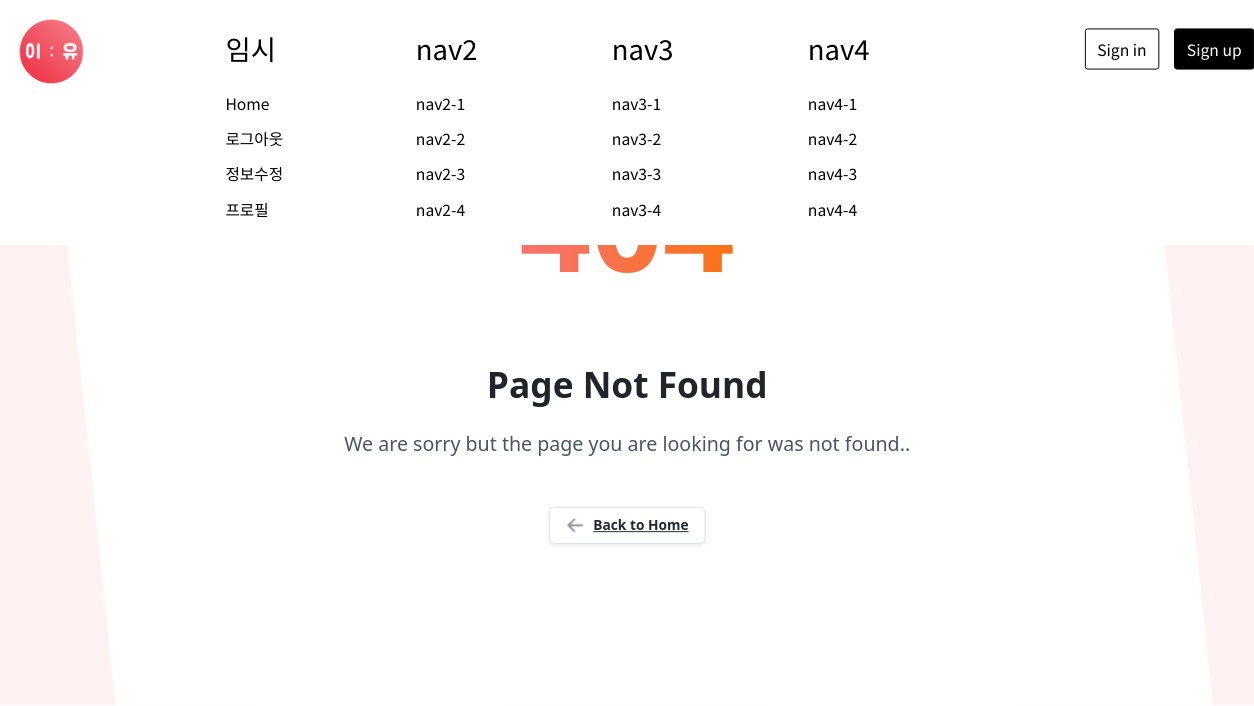
Repository: ryuwc/E_U
Page: /feeling (app in final-pjt-front/)
The author's editor kept a copy of each file at every save. The page is drawn from the files as they stood at one save, then again after the next save.
The browser window is 1280 px wide. The pictures show the whole page, at 98% of full size.
The page's requests for data from a server got no answer. Some web libraries are served in a nearby version. The project was rebuilt for these pictures with package versions that can differ from the ones it lists, and the page was loaded fresh each time. No one was signed in, and anything a server would have sent is missing. Also part of the build but not shown: final-pjt-front/vue.config.js.

Above is the page before, as saved 2022-11-23 10:17:34.

### final-pjt-front/public/index.html
<!DOCTYPE html>
<html lang="">
  <head>
    <meta charset="utf-8">
    <meta http-equiv="X-UA-Compatible" content="IE=edge">
    <meta name="viewport" content="width=device-width,initial-scale=1.0">
    <link rel="icon" href="<%= BASE_URL %>favicon.ico">
    <title>이:유</title>
    <link href="https://cdn.jsdelivr.net/npm/bootstrap@5.2.0/dist/css/bootstrap.min.css" rel="stylesheet" integrity="sha384-gH2yIJqKdNHPEq0n4Mqa/HGKIhSkIHeL5AyhkYV8i59U5AR6csBvApHHNl/vI1Bx" crossorigin="anonymous">
    <link rel="preconnect" href="https://fonts.googleapis.com">
    <link rel="preconnect" href="https://fonts.gstatic.com" crossorigin>
    <link href="https://fonts.googleapis.com/css2?family=Pacifico&display=swap" rel="stylesheet">

    <!-- 온보딩 -->
    <link rel="preconnect" href="https://fonts.googleapis.com" />
    <link rel="preconnect" href="https://fonts.gstatic.com" crossorigin />
    <link href="https://fonts.googleapis.com/css2?family=Noto+Sans+KR:wght@300;400;500;700&display=swap" rel="stylesheet" />
  </head>
  <body>
    <noscript>
      <strong>We're sorry but <%= htmlWebpackPlugin.options.title %> doesn't work properly without JavaScript enabled. Please enable it to continue.</strong>
    </noscript>
    <div id="app"></div>
    <!-- built files will be auto injected -->
    <script src="https://cdn.jsdelivr.net/npm/bootstrap@5.2.0/dist/js/bootstrap.bundle.min.js" integrity="sha384-A3rJD856KowSb7dwlZdYEkO39Gagi7vIsF0jrRAoQmDKKtQBHUuLZ9AsSv4jD4Xa" crossorigin="anonymous"></script>
    <script src="https://kit.fontawesome.com/703c5975bf.js" crossorigin="anonymous"></script>
  </body>
</html>

### final-pjt-front/src/main.js
import Vue from 'vue'
import App from './App.vue'
import store from './store'
import router from './router'
import './assets/tailwind.css'

Vue.config.productionTip = false

new Vue({
  store,
  router,
  render: h => h(App)
}).$mount('#app')

### final-pjt-front/src/App.vue
<template>
  <div id="app">
    <body>
      <header id="header">
        <div class="header">

          <img src="./image/logo.png"
          style="width: 65px; height: 65px; margin-left: 20px; margin-top: 20px; margin-bottom: 20px;"
          >

          <nav>
            <ul>
              <li>
                <div class="list">
                  <h3 class="nav_text">임시</h3>
                  <div class="hidden_nav_list">
                    <a href="">
                      <router-link  to="/home"><p class="hidden_nav_list_text">Home</p></router-link>
                    </a>
                    <a href="" @click.prevent="logOut">
                      <p class="hidden_nav_list_text">로그아웃</p>
                    </a>
                    <a href="">
                      <router-link to="/edit"><p class="hidden_nav_list_text">정보수정</p></router-link>
                    </a>
                    <a href="">
                      <router-link to="/profile"><p class="hidden_nav_list_text">프로필</p></router-link>
                    </a>
                  </div>
                </div>
              </li>
              <li>
                <div class="list">
                  <h3 class="nav_text">nav2</h3>
                  <div class="hidden_nav_list">
                    <a href="">
                      <p class="hidden_nav_list_text">nav2-1</p>
                    </a>
                    <a href="">
                      <p class="hidden_nav_list_text">nav2-2</p>
                    </a>
                    <a href="">
                      <p class="hidden_nav_list_text">nav2-3</p>
                    </a>
                    <a href="">
                      <p class="hidden_nav_list_text">nav2-4</p>
                    </a>
                  </div>
                </div>
              </li>
              <li>
                <div class="list">
                  <h3 class="nav_text">nav3</h3>
                  <div class="hidden_nav_list">
                    <a href="">
                      <p class="hidden_nav_list_text">nav3-1</p>
                    </a>
                    <a href="">
                      <p class="hidden_nav_list_text">nav3-2</p>
                    </a>
                    <a href="">
                      <p class="hidden_nav_list_text">nav3-3</p>
                    </a>
                    <a href="">
                      <p class="hidden_nav_list_text">nav3-4</p>
                    </a>
                  </div>
                </div>
              </li>
              <li>
                <div class="list">
                  <h3 class="nav_text">nav4</h3>
                  <div class="hidden_nav_list">
                    <a href="">
                      <p class="hidden_nav_list_text">nav4-1</p>
                    </a>
                    <a href="">
                      <p class="hidden_nav_list_text">nav4-2</p>
                    </a>
                    <a href="">
                      <p class="hidden_nav_list_text">nav4-3</p>
                    </a>
                    <a href="">
                      <p class="hidden_nav_list_text">nav4-4</p>
                    </a>
                  </div>
                </div>
              </li>
            </ul>
          </nav>

          <div class="header_button_group">
            <router-link v-if="!isLogin" to="/login"><button class="header_button_signin" style="color: black;">Sign in</button></router-link>
            <router-link v-if="!isLogin" to="/signup"><button class="header_button_signup">Sign up</button></router-link>
          </div>
        </div>
      </header>
    </body>


    <!-- 임시로 사용한 네브바 -->
    <!-- <nav>
      <router-link  to="/home">| Home |</router-link>
      <router-link v-if="!isLogin" to="/signup">| Sign Up |</router-link>
      <router-link v-if="!isLogin" to="/login">Login |</router-link>
      <button v-if="isLogin" @click="logOut">로그아웃 |</button>
      <router-link v-if="isLogin" to="/edit">정보수정</router-link> |
      <router-link v-if="isLogin" to="/profile">Profile |</router-link>
      <router-link to="/practice">연습</router-link> |
    </nav> -->

    <router-view />
  </div>
</template>

<script>
import { mapActions, mapGetters } from 'vuex';

const moviesStore = 'moviesStore';

export default {
  name: 'App',

  data() {
    return {
      header: null,
      logo: null,
      navText: null,
      hiddenNavText: null,
      headerBtnSignin: null,
    };
  },
  methods: {
    ...mapActions('accountsStore', ['logOut']),
    ...mapActions(moviesStore, ['getMovies']),
    ...mapActions(moviesStore, ['getNowMovies']),
    getId: (id) => {
      return document.getElementById(id);
    },
    getClass: (className) => {
      return document.getElementsByClassName(className);
    },
    test() {
      return console.log(this.getId('header'));
    },
    handleHoverHeader() {
      this.header.style.backgroundColor = '#fff';
      this.header.style.height = '250px';
      // if (this.headerBtnSignin) {
      //   this.headerBtnSignin[0].style.color = '#000';
      // }
      // this.logo.src = 'https://e7.pngegg.com/pngimages/941/692/png-clipart-black-small-apple-logo-logo-material-apple-logo.png';
      Object.values(this.navText).map((text) => (text.style.color = '#000'));
      Object.values(this.hiddenNavText).map((text) => {
        text.style.display = 'block';
        text.style.color = '#000';
      });
    },
    handleLeaveHeader() {
      this.header.style.backgroundColor = 'rgba(0,0,0,0)';
      this.header.style.height = '100px';
      // if (this.headerBtnSignin) {
      //   this.headerBtnSignin[0].style.color = '#fff';
      // }
      // this.logo.src = 'https://e7.pngegg.com/pngimages/941/692/png-clipart-black-small-apple-logo-logo-material-apple-logo.png';
      Object.values(this.navText).map((text) => (text.style.color = '#fff'));
      Object.values(this.hiddenNavText).map((text) => {
        text.style.display = 'none';
        text.style.color = '#000';
      });
    },
    main: () => {
      // header = this.getId('header');
    },
  },
  computed: {
    ...mapGetters('accountsStore', ['isLogin']),
    ...mapGetters('accountsStore', ['nickname']),
  },
  created() {
    this.getMovies(), this.getNowMovies();
  },
  mounted() {
    this.header = this.getId('header');
    this.logo = this.getId('logo');
    this.navText = this.getClass('nav_text');
    this.hiddenNavText = this.getClass('hidden_nav_list_text');
    this.headerBtnSignin = this.getClass('header_button_signin');
    // console.log(this.header);
    this.header.addEventListener('mouseover', this.handleHoverHeader);
    this.header.addEventListener('mouseleave', this.handleLeaveHeader);
  },
};
</script>


<style scoped>

body {
  margin: 0;
  padding: 0;
  width: 100%;
  height: 100%;
  background-color: white;
  color: white;
  font-family: 'Noto Sans KR', sans-serif;
}

body::-webkit-scrollbar {
  display: none;
}

h1,
h2,
h3,
h4,
h5,
h6,
ul,
li,
p {
  margin: 0;
  padding: 0;
}

ul {
  display: flex;
  height: 100%;
  list-style-type: none;
  color: inherit;
}

li {
  display: flex;
  justify-content: center;
  align-items: center;
  width: 120px;
  height: 100%;
  text-align: center;
  margin-right: 80px;
}

a {
  text-decoration: none;
  color: inherit;
}

button {
  background-color: #000;
  padding: 8px 12px;
  border: 1px solid #000;
  cursor: pointer;
  border-radius: 3px;
  color: white;
  height: fit-content;
}

button:hover {
  transform: scale(1.05);
}

button:active {
  transform: scale(0.97);
}

header {
  position: fixed;
  width: 100%;
  /* height: 300px; */
  height: 100px;
  transition: 0.2s ease-in-out;
  z-index: 100;
  background-color: rgba(0, 0, 0, 0);
  overflow: hidden;
}

#header {
  display: flex;
  justify-content: center;
}

.header {
  display: flex;
  justify-content: space-between;
  width: 1280px;
  height: 100px;
}

.header_wrapper {
  display: flex;
  justify-content: space-between;
  /* width: 1280px; */
}

.logo {
  display: flex;
  align-items: center;
  width: 100px;
  height: 100px;
}

.logo img {
  width: 100%;
}

.header_button_group {
  display: flex;
  align-items: center;
  height: 100%;
}

.header_button_signin {
  margin-right: 15px;
  background-color: transparent;
}

.list {
  position: relative;
}

.hidden_nav_list {
  position: absolute;
  top: 60px;
  left: 0;
  width: 120px;
  text-align: left;
}

.hidden_nav_list p {
  margin-bottom: 12px;
  cursor: pointer;
}

.section {
  position: relative;
  width: 100vw;
  height: 100vh;
  transition: all 700ms ease 0s;
}

.section_text {
  position: absolute;
  display: flex;
  justify-content: center;
  width: 100vw;
  z-index: 2;
  top: 150px;
}

.section_header {
  top: 200px;
}

.section_text div {
  width: 1280px;
}

.section_text h2 {
  font-size: 64px;
  text-shadow: 2px 2px 2px #000;
}

.img {
  position: absolute;
  width: 100%;
  height: 100vh;
}

.img img {
  width: 100%;
  height: 100vh;
}

.more_btn {
  top: unset;
  bottom: 100px;
}

.more_btn button {
  width: 200px;
  height: 40px;
  background-color: #eee;
  border: 1px solid #000;
  color: #000;
  border: none;
  box-shadow: 2px 2px 5px rgba(0, 0, 0, 0.5);
}

#section_1_title,
#section_2_title,
#section_3_title,
#section_4_title,
#section_5_title,
#section_6_title {
  opacity: 0;
  transition: 0.5s ease-in-out;
  transition-delay: 0.5s;
  margin-left: 100px;
}

#section_6_btn {
  opacity: 0;
  transition: 0.5s ease-in-out;
  transition-delay: 0.5s;
  transform: translateY(100px);
}

#section_1_title {
  margin-left: 0;
}

.balls {
  width: 10em;
  display: flex;
  flex-flow: row nowrap;
  align-items: center;
  justify-content: space-between;
}

.balls div {
  width: 3em;
  height: 3em;
  border-radius: 50%;
  background-color: #fc2f70;
  transform: translateY(-100%);
  animation: wave 3s ease-in-out alternate infinite;
}

.balls div:nth-of-type(1) {
  animation-delay: -0.4s;
}

.balls div:nth-of-type(2) {
  animation-delay: -0.2s;
}
.balls div:nth-of-type(3) {
  animation-delay: -0.1s;
}

@keyframes wave {
  from {
    transform: translateY(-50%);
  }
  to {
    transform: translateY(50%);
  }
}

</style>

### final-pjt-front/src/store/index.js
import Vue from 'vue'
import Vuex from 'vuex'
import accountsStore from './modules/accountsStore'
import moviesStore from './modules/moviesStore';
import createPersistedState from "vuex-persistedstate";
import VuexPersistence from 'vuex-persistedstate'

Vue.use(Vuex)

const vuexLocal = new VuexPersistence({
  storage: window.localStorage,
  modules: ['accountsStore'],
})

export default new Vuex.Store({
  plugins: [createPersistedState()],

  state: {
  },
  getters: {
  },
  mutations: {
  },
  actions: {
  },
  modules: {
    accountsStore: accountsStore,
    moviesStore: moviesStore,
    plugins: [vuexLocal.plugin],
  }
})

### final-pjt-front/src/router/index.js
import Vue from 'vue'
import VueRouter from 'vue-router'

Vue.use(VueRouter)

const routes = [
  {
    path: '/signup',
    name: 'SignView',
    component: () => import('../views/accounts/SignUpView.vue')
  },
  {
    path: '/login',
    name: 'LoginView',
    component: () => import('../views/accounts/LoginView.vue'),

  //   beforeEnter(to, from, next) {
  //     // 이미 로그인 되어있는 경우
  //     this.$store.getters[accountsStore + "/i"] ? next({ name: "home" }) : next();
  //     to, from, next;
  //     console.log();
  //     // if (localStorage.getItem('token')) {
  //     //   // 메인 페이지로 이동
  //     //   next({ name: 'main' });
  //     // } else {
  //     //   next();
  //     // }
  //   }
  },
  {
    path: '/edit',
    name: 'EditUserView',
    component: () => import('../views/accounts/EditUserView.vue')
  },
  {
    path: '/profile/:id',
    name: 'ProfileView',
    component: () => import('../views/accounts/ProfileView.vue')
  },
  // {
  //   path: '/',
  //   name: 'IntroPageView',
  //   component: () => import('../views/movies/IntroPageView.vue')
  // },
  {
    path: '/home',
    name: 'MovieView',
    component: () => import('../views/movies/MovieView.vue')
  },
  {
    path: '/practice',
    name: 'PracticeView',
    component: () => import('../views/accounts/PracticeView.vue')
  },
  {
    path: '/test',
    name: 'TestView',
    component: () => import('../views/accounts/TestView.vue')
  },
  {
    path: '/choice',
    name: 'ChoiceMovieView',
    component: () => import('../views/accounts/ChoiceMovieView.vue')
  },
  {
    path: '/random',
    name: 'RandomMovieView',
    component: () => import('../views/movies/RandomMovieView.vue')
  },
  {
    path: '/movies/:id',
    name: 'MovieDetailInfoView',
    component: () => import('../views/movies/MovieDetailInfoView.vue')
  },
  {
    path: '/',
    name: 'onBoardingView',
    component: () => import('../views/onBoardingView.vue')
  },
  {
    path: '/test2',
    name: 'TestTwoView',
    component: () => import('../views/TestTwoView.vue')
  },
  {
    path: '/test3',
    name: 'TestThree',
    component: () => import('../views/testThree.vue')
  },
  {
    path: '/maintest',
    name: 'MainTest',
    component: () => import('../views/MainTest.vue')
  },
  {
    path: '*',
    name: 'NotPound404View',
    component: () => import('../views/NotPound404View.vue')
  },
]

const router = new VueRouter({
  mode: 'history',
  base: process.env.BASE_URL,
  routes
})

// 로컬스토리지에서 토큰 가져오기
// console.log(JSON.parse(localStorage.getItem("vuex")).accountsStore.token);


// // 전역 가드
// router.beforeEach((to, from, next) => {
//   // 로그인 되어 있는지 확인 (위의 방법 확인)
//   const isLogin = JSON.parse(localStorage.getItem("vuex")).accountsStore.token ? true : false;
//   // 로그인이 필요한 페이지
//   const authPages = ['EditUserView', 'profile'];
//   // 앞으로 이동할 페이지(to)가 로그인이 필요한 페이지에 속하는지 확인
//   const authRequired = authPages.includes(to.name);
//   // 로그인이 필요한 페이지에 로그인이 되어 있지 않으면 로그인 페이지로 이동
//   if (authRequired && !isLogin) {
//     next('/login');
//     // 로그인이 필요 없는 페이지에 로그인이 되어 있으면 메인 페이지로 이동
//   } else{
//     next();
//   }
// })

export default router

### final-pjt-front/src/views/NotPound404View.vue
<script setup></script>

<template>
  <!-- Page Container -->
  <div id="page-container" class="flex flex-col w-full min-h-screen mx-auto bg-gray-100">
    <!-- Page Content -->
    <main id="page-content" class="flex flex-col flex-auto max-w-full">
      <div class="relative flex items-center min-h-screen overflow-hidden bg-white">
        <!-- Left/Right Background -->
        <div class="absolute top-0 bottom-0 left-0 w-48 -ml-48 transform skew-x-6 bg-red-50 md:-ml-28"></div>
        <div class="absolute top-0 bottom-0 right-0 w-48 -mr-48 transform skew-x-6 bg-red-50 md:-mr-28"></div>
        <!-- END Left/Right Background -->

        <!-- Error Content -->
        <div class="container relative px-4 py-16 mx-auto space-y-10 text-center xl:max-w-7xl lg:px-8 lg:py-32">
          <div>
            <div class="relative inline-block mb-10 text-6xl font-extrabold md:text-9xl md:mb-20">
              <div class="absolute inset-0 border-4 border-red-50 animate-ping"></div>
              <span class="relative text-transparent bg-clip-text bg-gradient-to-r from-red-400 to-orange-500">
                404
              </span>
            </div>
            <h2 class="mb-4 text-3xl font-extrabold md:text-4xl">
              Page Not Found
            </h2>
            <h3 class="mx-auto text-lg font-medium text-gray-600 md:text-xl md:leading-relaxed lg:w-2/3">
              We are sorry but the page you are looking for was not found..
            </h3>
          </div>
          <router-link to="/home"
          class="inline-flex items-center justify-center px-3 py-2 space-x-2 text-sm font-semibold leading-5 text-gray-800 bg-white border border-gray-300 rounded shadow-sm focus:outline-none hover:text-gray-800 hover:bg-gray-100 hover:border-gray-300 hover:shadow focus:ring focus:ring-gray-500 focus:ring-opacity-25 active:bg-white active:border-white active:shadow-none">
            <svg fill="currentColor" viewBox="0 0 20 20" xmlns="http://www.w3.org/2000/svg" class="inline-block w-5 h-5 opacity-50 hi-solid hi-arrow-left"><path fill-rule="evenodd" d="M9.707 16.707a1 1 0 01-1.414 0l-6-6a1 1 0 010-1.414l6-6a1 1 0 011.414 1.414L5.414 9H17a1 1 0 110 2H5.414l4.293 4.293a1 1 0 010 1.414z" clip-rule="evenodd"></path></svg>
            <span>Back to Home</span>
          </router-link>
        </div>
        <!-- END Error Content -->
      </div>
    </main>
    <!-- END Page Content -->
  </div>
  <!-- END Page Container -->
</template>

<script>
export default {
  name: 'NotPound404View',

  data() {
    return {

    };
  },

  mounted() {

  },

  methods: {

  },
};
</script>

<style scoped>

</style>

### final-pjt-front/tailwind.config.js
/** @type {import('tailwindcss').Config} */
module.exports = {
  corePlugins: {
    preflight: false,
  },
  content: [
      './src/views/accounts/*.{vue,js,ts,jsx,tsx}',
      './src/views/movies/MovieDetailInfoView.vue',
      './src/views/NotPound404View.vue',
      './src/components/ReviewCandi1.vue',
      './src/views/TestTwoView.vue',
      // './src/components/MoviveCard.vue',
      './src/components/PosterSlider.vue',
      './src/components/MovieClip.vue',
      './src/components/MovieDetailR.vue',
    ],
  theme: {
    extend: {},
  },
  plugins: [],
}

Loaded but not shown: final-pjt-front/src/assets/tailwind.css (common file); final-pjt-front/src/store/modules/moviesStore.js (237 lines, source omitted); final-pjt-front/src/store/modules/accountsStore.js (147 lines, source omitted)

After the next save:
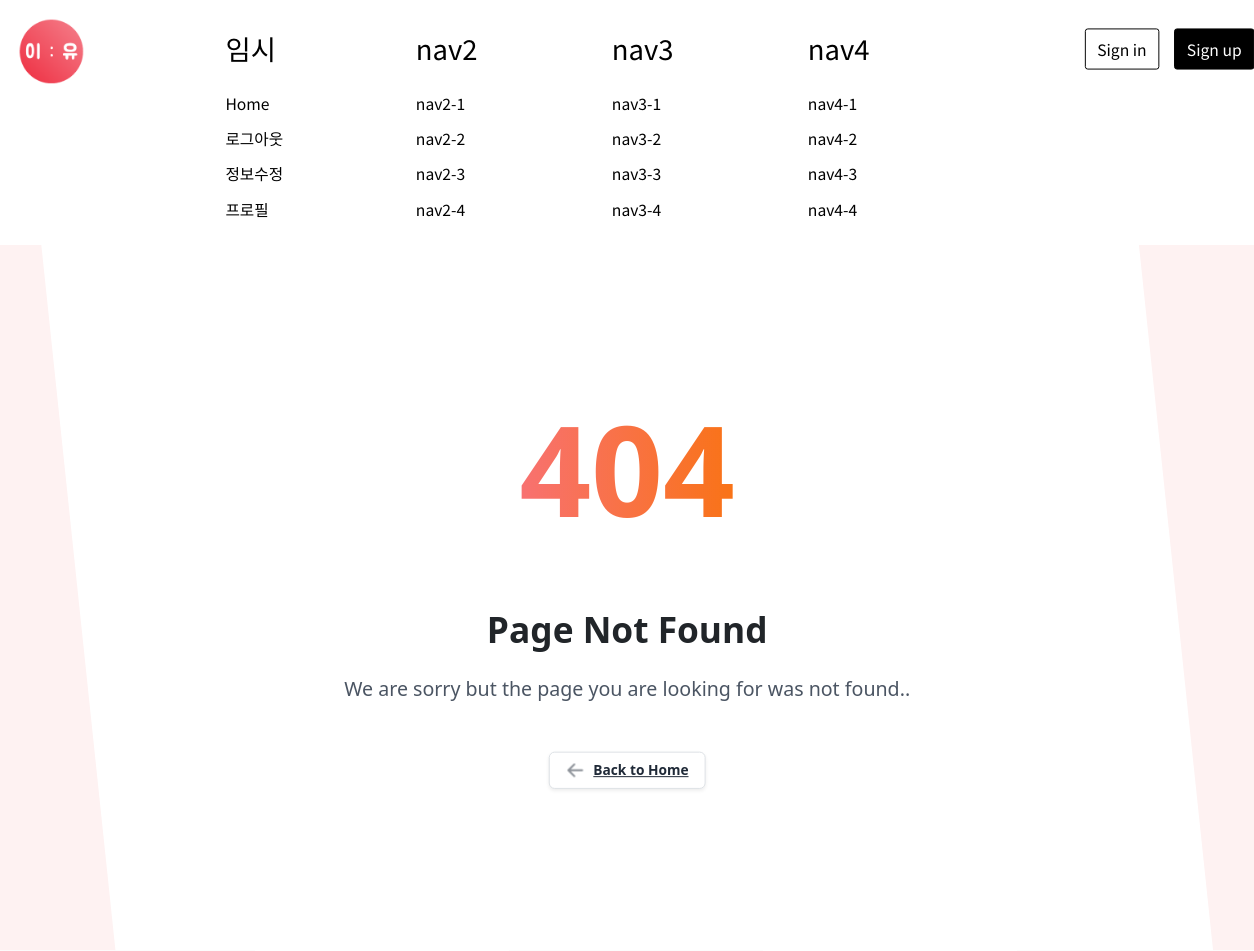
Saved 6 s later.
--- a/final-pjt-front/src/App.vue
+++ b/final-pjt-front/src/App.vue
@@ -264,7 +264,7 @@
 }
 
 header {
-  position: fixed;
+  position: static;
   width: 100%;
   /* height: 300px; */
   height: 100px;

After the save that followed:
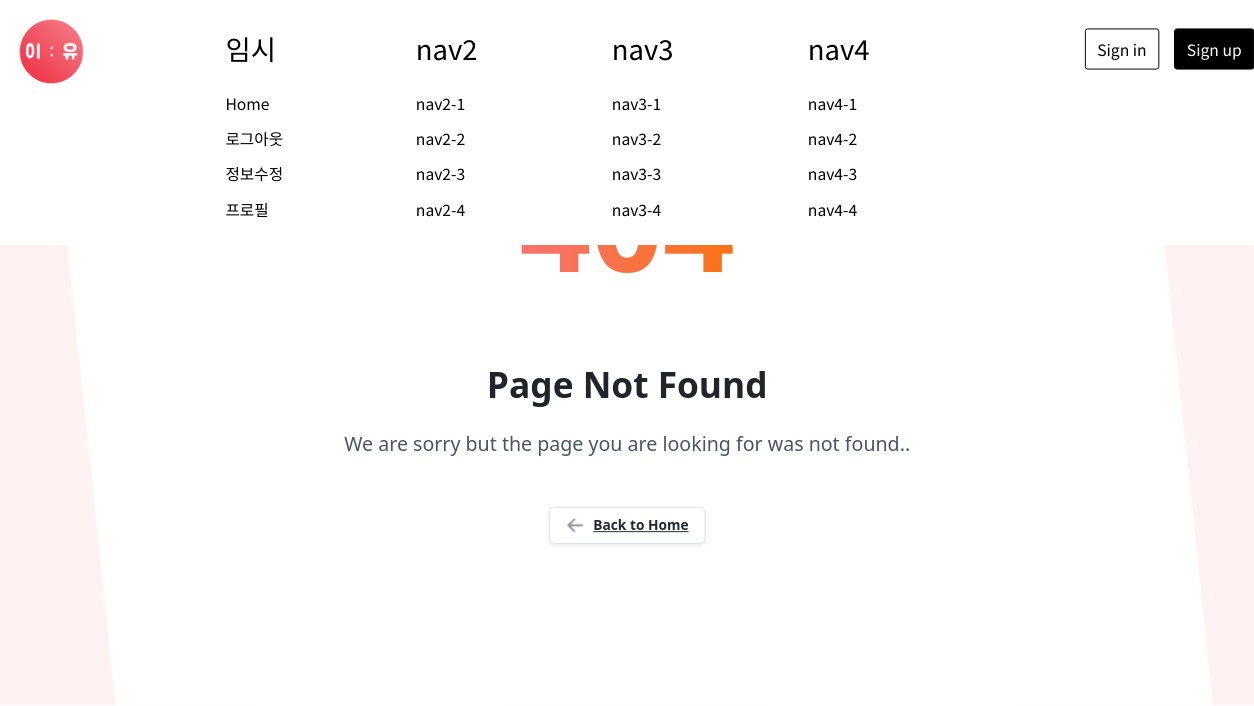
Saved 9 s later.
--- a/final-pjt-front/src/App.vue
+++ b/final-pjt-front/src/App.vue
@@ -264,7 +264,7 @@
 }
 
 header {
-  position: static;
+  position: absolute;
   width: 100%;
   /* height: 300px; */
   height: 100px;
